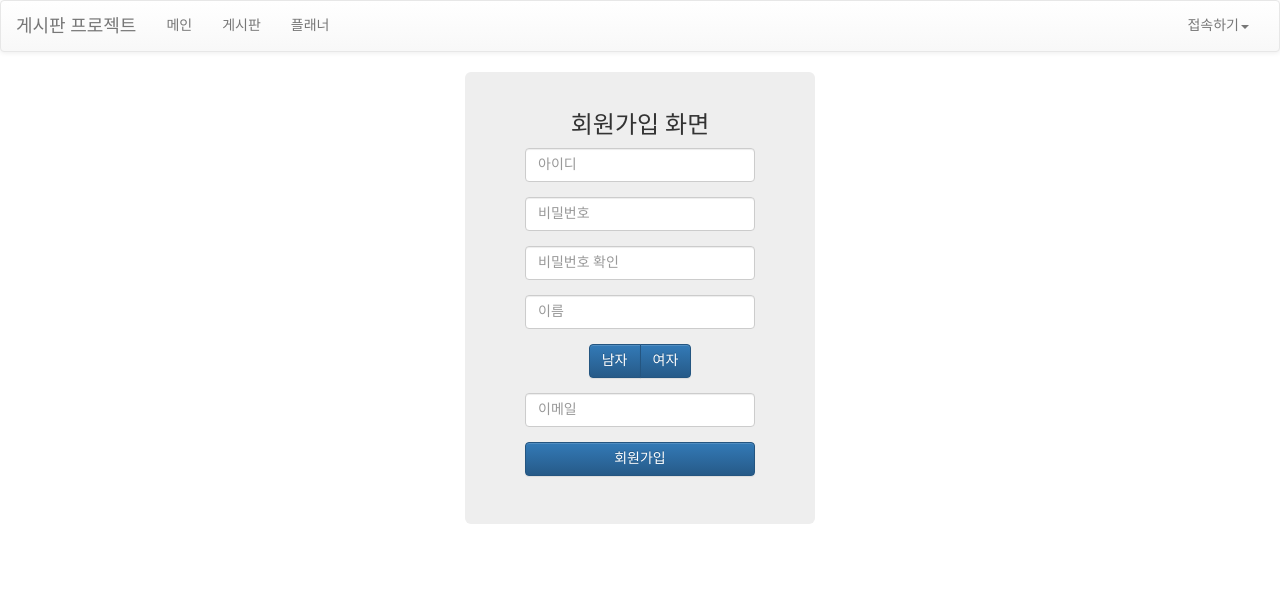
Repository: Seok7975/Project_PlannerSharingBoard
Page: http://localhost/ToDoList공유_게시판_ver3/joinAndLogin/join.jsp
An editor plug-in stored every save of this project. The page is shown before and after the next save, followed by the edit.
The browser window is 1280 px wide. The pictures show the whole page.
Some web fonts or font styles are not loaded; a fallback is used. Some web libraries are served in a nearby version. The page is served by Tomcat 9. Queries for data that is not in the repository find no rows.

Above is the page before, as saved 2024-07-02 10:37:55.

After the next save:
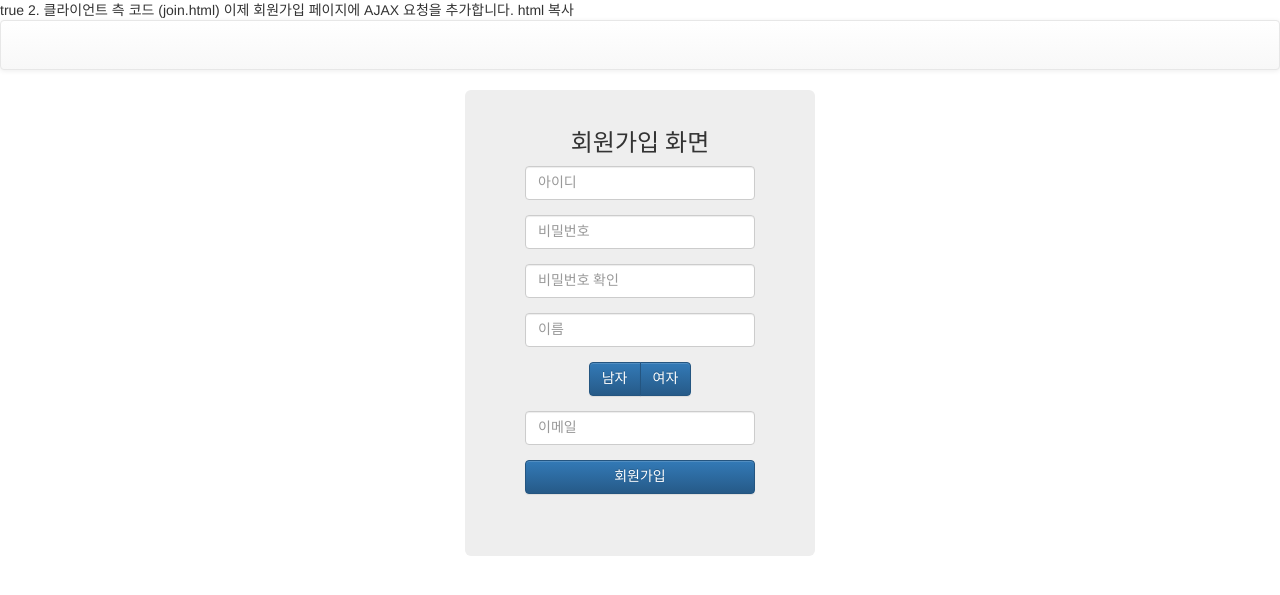
Saved 4 min 30 s later.
--- a/List_Projects_ver3/ToDoList공유 게시판_ver3/src/main/webapp/joinAndLogin/join.jsp
+++ b/List_Projects_ver3/ToDoList공유 게시판_ver3/src/main/webapp/joinAndLogin/join.jsp
@@ -1,62 +1,96 @@
 <%@ page language="java" contentType="text/html; charset=UTF-8"
     pageEncoding="UTF-8"%>
+<%@ page import="java.sql.*" %>
+<%
+    String userID = request.getParameter("userID");
+    Connection conn = null;
+    PreparedStatement pstmt = null;
+    ResultSet rs = null;
+
+    String dbURL = "jdbc:mysql://localhost:3306/YOUR_DATABASE";
+    String dbID = "YOUR_DB_ID";
+    String dbPassword = "YOUR_DB_PASSWORD";
+
+    try {
+        Class.forName("com.mysql.cj.jdbc.Driver");
+        conn = DriverManager.getConnection(dbURL, dbID, dbPassword);
+        String SQL = "SELECT * FROM users WHERE userID = ?";
+        pstmt = conn.prepareStatement(SQL);
+        pstmt.setString(1, userID);
+        rs = pstmt.executeQuery();
+        if(rs.next()) {
+            response.getWriter().write("false");
+        } else {
+            response.getWriter().write("true");
+        }
+    } catch (Exception e) {
+        e.printStackTrace();
+    } finally {
+        try { if(rs != null) rs.close(); } catch (Exception e) { e.printStackTrace(); }
+        try { if(pstmt != null) pstmt.close(); } catch (Exception e) { e.printStackTrace(); }
+        try { if(conn != null) conn.close(); } catch (Exception e) { e.printStackTrace(); }
+    }
+%>
+2. 클라이언트 측 코드 (join.html)
+이제 회원가입 페이지에 AJAX 요청을 추가합니다.
+
+html
+복사
 <!DOCTYPE html>
 <html>
 <head>
-<meta http-equiv="Content-Type" content="text/html; charset=UTF-8">
-<meta name="viewport" content="width=device-width, initial-scale=1">
-<!-- Latest compiled and minified CSS -->
-<link rel="stylesheet" href="https://cdn.jsdelivr.net/npm/bootstrap@3.3.7/dist/css/bootstrap.min.css" integrity="sha384-BVYiiSIFeK1dGmJRAkycuHAHRg32OmUcww7on3RYdg4Va+PmSTsz/K68vbdEjh4u" crossorigin="anonymous">
-<!-- Optional theme -->
-<link rel="stylesheet" href="https://cdn.jsdelivr.net/npm/bootstrap@3.3.7/dist/css/bootstrap-theme.min.css" integrity="sha384-rHyoN1iRsVXV4nD0JutlnGaslCJuC7uwjduW9SVrLvRYooPp2bWYgmgJQIXwl/Sp" crossorigin="anonymous">
-
-<link rel="stylesheet" href="css/bbsStyle.css"> <!-- 외부 CSS 파일 참조 -->
-<!-- jQuery (necessary for Bootstrap's JavaScript plugins) -->
-<script src="https://code.jquery.com/jquery-3.1.1.min.js"></script>
-<!-- Latest compiled and minified JavaScript -->
-<script src="https://cdn.jsdelivr.net/npm/bootstrap@3.3.7/dist/js/bootstrap.min.js" integrity="sha384-Tc5IQib027qvyjSMfHjOMaLkfuWVxZxUPnCJA7l2mCWNIpG9mGCD8wGNIcPD7Txa" crossorigin="anonymous"></script>
-<link rel="stylesheet" href="css/jumbotronCustom.css">
-<title>JSP 게시판 웹 사이트</title>
+    <meta http-equiv="Content-Type" content="text/html; charset=UTF-8">
+    <meta name="viewport" content="width=device-width, initial-scale=1">
+    <link rel="stylesheet" href="https://cdn.jsdelivr.net/npm/bootstrap@3.3.7/dist/css/bootstrap.min.css" integrity="sha384-BVYiiSIFeK1dGmJRAkycuHAHRg32OmUcww7on3RYdg4Va+PmSTsz/K68vbdEjh4u" crossorigin="anonymous">
+    <link rel="stylesheet" href="https://cdn.jsdelivr.net/npm/bootstrap@3.3.7/dist/css/bootstrap-theme.min.css" integrity="sha384-rHyoN1iRsVXV4nD0JutlnGaslCJuC7uwjduW9SVrLvRYooPp2bWYgmgJQIXwl/Sp" crossorigin="anonymous">
+    <link rel="stylesheet" href="css/bbsStyle.css">
+    <script src="https://code.jquery.com/jquery-3.1.1.min.js"></script>
+    <script src="https://cdn.jsdelivr.net/npm/bootstrap@3.3.7/dist/js/bootstrap.min.js" integrity="sha384-Tc5IQib027qvyjSMfHjOMaLkfuWVxZxUPnCJA7l2mCWNIpG9mGCD8wGNIcPD7Txa" crossorigin="anonymous"></script>
+    <link rel="stylesheet" href="css/jumbotronCustom.css">
+    <title>회원가입</title>
+    <script>
+        function checkID() {
+            var userID = $("#userID").val();
+            if (userID.length < 4 || userID.length > 16) {
+                $("#idCheck").html("아이디는 4자 이상 16자 이하로 입력해주세요.");
+                $("#idCheck").css("color", "red");
+                return;
+            }
+            $.ajax({
+                url: "checkID.jsp",
+                type: "POST",
+                data: { userID: userID },
+                success: function(data) {
+                    if (data.trim() == "true") {
+                        $("#idCheck").html("사용 가능한 아이디입니다.");
+                        $("#idCheck").css("color", "green");
+                    } else {
+                        $("#idCheck").html("이미 사용 중인 아이디입니다.");
+                        $("#idCheck").css("color", "red");
+                    }
+                },
+                error: function() {
+                    $("#idCheck").html("오류가 발생했습니다. 다시 시도해주세요.");
+                    $("#idCheck").css("color", "red");
+                }
+            });
+        }
+    </script>
 </head>
 <body>
-	<nav class="navbar navbar-default">
-		<div class="container-fluid">
-			<div class="navbar-header">
-				<button type="button" class="navbar-toggle collapsed" data-toggle="collapse" data-target="#bs-example-navbar-collapse-1" aria-expanded="false">
-					<span class="sr-only">Toggle navigation</span>
-					<span class="icon-bar"></span>
-					<span class="icon-bar"></span>
-					<span class="icon-bar"></span>
-				</button>
-				<a class="navbar-brand" href="../main.jsp">게시판 프로젝트</a>
-			</div>
-			<div class="collapse navbar-collapse" id="bs-example-navbar-collapse-1">
-				<ul class="nav navbar-nav">
-					<li><a href="../main.jsp">메인</a></li>
-					<li><a href="../bbs.jsp">게시판</a></li>
-					<li><a href="../planner/planner.jsp">플래너</a></li>
-				</ul>
-				<ul class="nav navbar-nav navbar-right">
-					<li class="dropdown">
-						<a href="#" class="dropdown-toggle" data-toggle="dropdown" role="button" aria-haspopup="true" aria-expanded="false">접속하기<span class="caret"></span></a>
-						<ul class="dropdown-menu">
-							<li><a href="login.jsp">로그인</a></li>
-							<li class="active"><a href="join.jsp">회원가입</a></li>
-						</ul>
-					</li>
-				</ul>
-			</div>
-		</div>
-	</nav>
-	<div class="container">
-		<div class="col-lg-4"></div>
-		<div class="col-lg-4">
-			<div class="jumbotron" style="padding-top: 20px;">
-				<form method="post" action="joinAction.jsp" onsubmit="return validatePassword()">
-					<h3 style="text-align: center;">회원가입 화면</h3>
-					<div class="form-group">
-						<input type="text" class="form-control" placeholder="아이디" name="userID" required maxlength="20">
-					</div>
+    <nav class="navbar navbar-default">
+        <!-- 네비게이션 바 생략 -->
+    </nav>
+    <div class="container">
+        <div class="col-lg-4"></div>
+        <div class="col-lg-4">
+            <div class="jumbotron" style="padding-top: 20px;">
+                <form method="post" action="joinAction.jsp" onsubmit="return validatePassword()">
+                    <h3 style="text-align: center;">회원가입 화면</h3>
+                    <div class="form-group">
+                        <input type="text" class="form-control" placeholder="아이디" name="userID" id="userID" required maxlength="20" onkeyup="checkID()">
+                        <span id="idCheck"></span>
+                    </div>
 					<div class="form-group">
 						<input type="password" class="form-control" placeholder="비밀번호" name="userPassword" id="userPassword" required maxlength="20">
 					</div>
